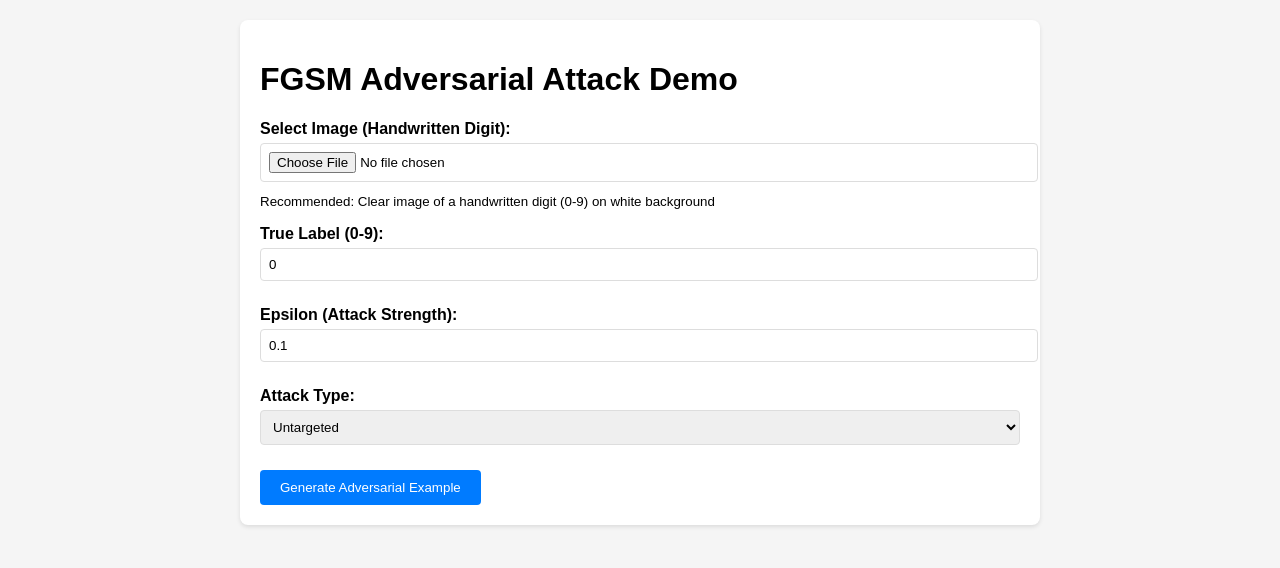
Repository: Muhammad-Saad-Akhtar/Implementation-of-Adversarial-Attacks-Using-FGSM
Page: templates/index.html
An editor plug-in stored every save of this project. The page is shown before and after the next save, followed by the edit.
The browser window is 1280 px wide. The pictures show the whole page.

Above is the page before, as saved 2025-08-20 17:13:39.

After the next save:
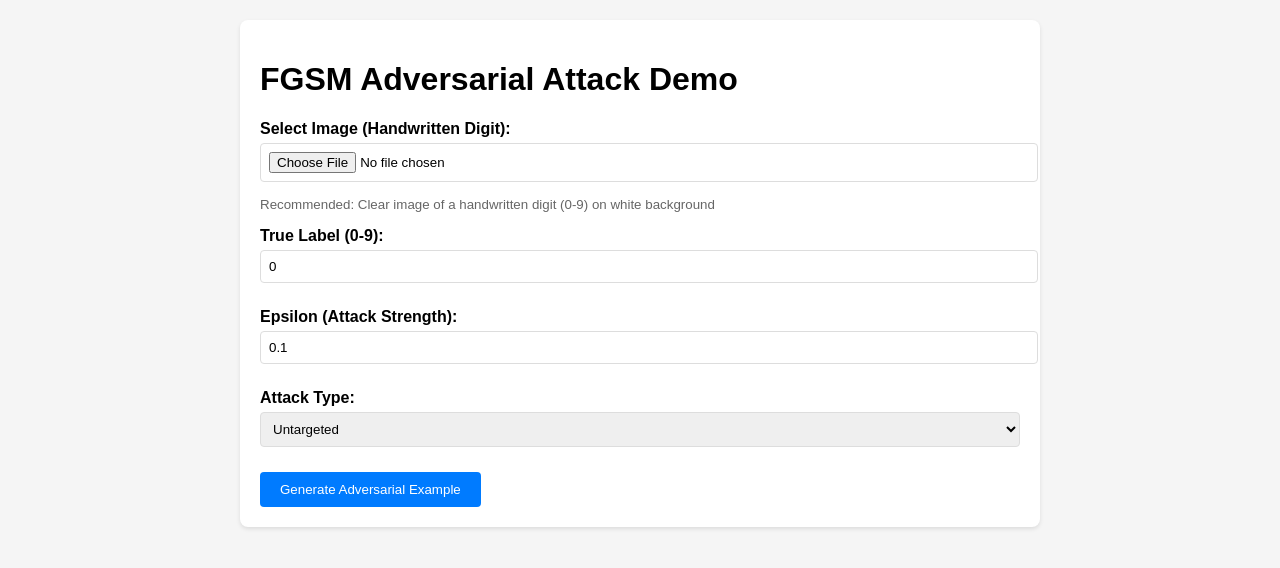
Saved 19 min 34 s later.
--- a/templates/index.html
+++ b/templates/index.html
@@ -3,7 +3,7 @@
 <head>
     <meta charset="UTF-8">
     <meta name="viewport" content="width=device-width, initial-scale=1.0">
-    <title>FGSM Attack Demo</title>
+    <title>FGSM Adversarial Attack Demo</title>
     <style>
         body {
             font-family: Arial, sans-serif;
@@ -69,46 +69,54 @@
             color: red;
             margin-top: 10px;
         }
+        .hidden {
+            display: none;
+        }
+        small {
+            color: #666;
+            display: block;
+            margin-top: 5px;
+        }
     </style>
 </head>
 <body>
     <div class="container">
         <h1>FGSM Adversarial Attack Demo</h1>
 
-        <div class="form-group">
-            <label for="imageInput">Select Image (Handwritten Digit):</label>
-            <input type="file" id="imageInput" accept="image/*">
-            <small>Recommended: Clear image of a handwritten digit (0-9) on white background</small>
-        </div>
-
-        <div class="form-group">
-            <label for="trueLabel">True Label (0-9):</label>
-            <input type="number" id="trueLabel" min="0" max="9" value="0">
-        </div>
-
-        <div class="form-group">
-            <label for="epsilon">Epsilon (Attack Strength):</label>
-            <input type="number" id="epsilon" min="0.0" max="1.0" step="0.1" value="0.1">
-        </div>
-
-        <div class="form-group">
-            <label for="attackType">Attack Type:</label>
-            <select id="attackType">
-                <option value="untargeted">Untargeted</option>
-                <option value="targeted">Targeted</option>
-            </select>
-        </div>
-
-        <div id="targetLabelContainer" style="display: none;">
-            <div class="form-group">
+        <form id="attackForm" onsubmit="performAttack(); return false;">
+            <div class="form-group">
+                <label for="imageInput">Select Image (Handwritten Digit):</label>
+                <input type="file" id="imageInput" accept="image/*" required>
+                <small>Recommended: Clear image of a handwritten digit (0-9) on white background</small>
+            </div>
+
+            <div class="form-group">
+                <label for="trueLabel">True Label (0-9):</label>
+                <input type="number" id="trueLabel" min="0" max="9" value="0" required>
+            </div>
+
+            <div class="form-group">
+                <label for="epsilon">Epsilon (Attack Strength):</label>
+                <input type="number" id="epsilon" min="0.0" max="1.0" step="0.1" value="0.1" required>
+            </div>
+
+            <div class="form-group">
+                <label for="attackType">Attack Type:</label>
+                <select id="attackType" required>
+                    <option value="untargeted">Untargeted</option>
+                    <option value="targeted">Targeted</option>
+                </select>
+            </div>
+
+            <div id="targetLabelContainer" class="form-group hidden">
                 <label for="targetLabel">Target Label (0-9):</label>
                 <input type="number" id="targetLabel" min="0" max="9" value="0">
             </div>
-        </div>
-
-        <button onclick="performAttack()">Generate Adversarial Example</button>
-
-        <div id="results" class="results" style="display: none;">
+
+            <button type="submit">Generate Adversarial Example</button>
+        </form>
+
+        <div id="results" class="results hidden">
             <h2>Results</h2>
             <div class="image-container">
                 <div class="image-box">
@@ -127,14 +135,18 @@
                 <p>Perturbation Strength (ε): <span id="epsilonUsed"></span></p>
             </div>
         </div>
-        <div id="error" class="error" style="display: none;"></div>
+        <div id="error" class="error hidden"></div>
     </div>
 
     <script>
         // Show/hide target label input based on attack type
         document.getElementById('attackType').addEventListener('change', function() {
-            document.getElementById('targetLabelContainer').style.display =
-                this.value === 'targeted' ? 'block' : 'none';
+            const container = document.getElementById('targetLabelContainer');
+            container.classList.toggle('hidden', this.value !== 'targeted');
+
+            // Toggle required attribute on target label input
+            const targetInput = document.getElementById('targetLabel');
+            targetInput.required = this.value === 'targeted';
         });
 
         async function performAttack() {
@@ -192,8 +204,11 @@
         }
 
         function displayResults(result, originalImageBase64) {
-            document.getElementById('results').style.display = 'block';
-            document.getElementById('error').style.display = 'none';
+            const resultsDiv = document.getElementById('results');
+            const errorDiv = document.getElementById('error');
+
+            resultsDiv.classList.remove('hidden');
+            errorDiv.classList.add('hidden');
 
             // Display images
             document.getElementById('originalImage').src = 'data:[embedded picture, 22 characters]' + originalImageBase64;
@@ -208,9 +223,11 @@
 
         function showError(message) {
             const errorDiv = document.getElementById('error');
+            const resultsDiv = document.getElementById('results');
+
             errorDiv.textContent = message;
-            errorDiv.style.display = 'block';
-            document.getElementById('results').style.display = 'none';
+            errorDiv.classList.remove('hidden');
+            resultsDiv.classList.add('hidden');
         }
     </script>
 </body>
